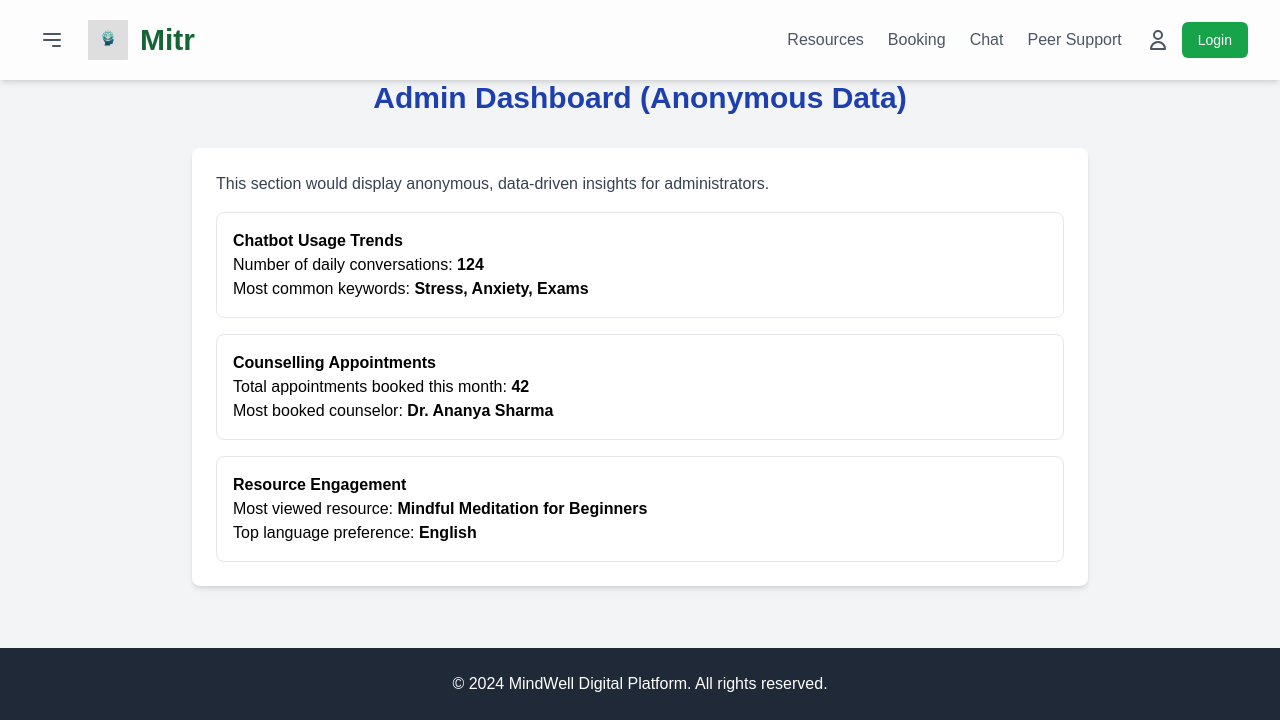
Repository: alokse24b01025/mentalhealth-project-sih-
Page: /admin (app in p1/)
The author's editor kept a copy of each file at every save. The page is drawn from the files as they stood at one save, then again after the next save.
The browser window is 1280 px wide. The pictures show the whole page.
An inner scrolling area shows only its first screen. The project was rebuilt for these pictures with package versions that can differ from the ones it lists, and the page was loaded fresh each time. Also part of the build but not shown: p1/vite.config.js, p1/src/pages/HomePage.jsx, p1/src/components/Chatbot.jsx, p1/src/pages/ChatPage.jsx, p1/src/data/mockResources.js, p1/src/pages/ResourcesPage.jsx, p1/src/data/mockCounselors.js, p1/src/pages/BookingPage.jsx and 3 more.

Above is the page before, as saved 2025-09-10 13:43:52.

After the next save:
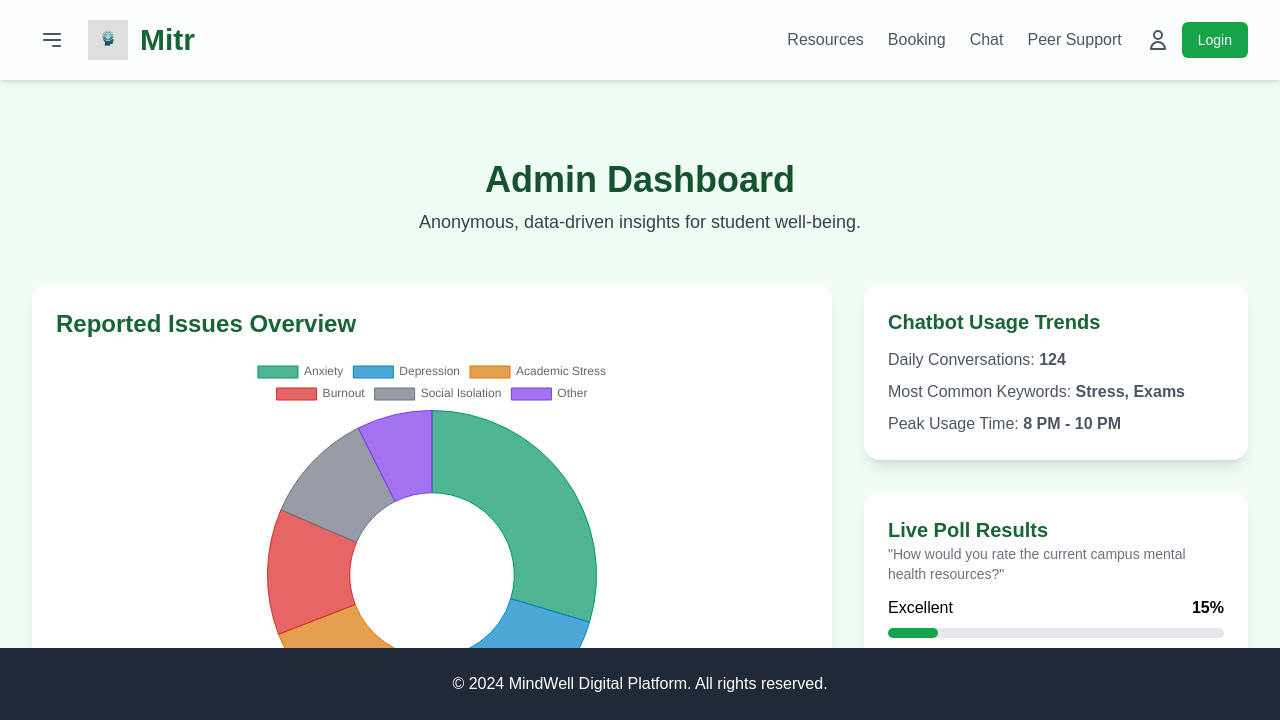
Saved 6 min 26 s later.
--- a/p1/src/pages/AdminDashboard.jsx
+++ b/p1/src/pages/AdminDashboard.jsx
@@ -1,34 +1,91 @@
 import React from 'react';
 import Header from '../components/Header';
 import Footer from '../components/Footer';
+import { Chart as ChartJS, ArcElement, Tooltip, Legend } from 'chart.js';
+import { Doughnut } from 'react-chartjs-2';
+
+// Register the necessary components for Chart.js
+ChartJS.register(ArcElement, Tooltip, Legend);
+
+// Mock data for the doughnut chart
+const chartData = {
+  labels: ['Anxiety', 'Depression', 'Academic Stress', 'Burnout', 'Social Isolation', 'Other'],
+  datasets: [
+    {
+      label: '# of Students Reported',
+      data: [120, 85, 75, 50, 45, 30],
+      backgroundColor: [
+        'rgba(5, 150, 105, 0.7)',
+        'rgba(2, 132, 199, 0.7)',
+        'rgba(217, 119, 6, 0.7)',
+        'rgba(220, 38, 38, 0.7)',
+        'rgba(107, 114, 128, 0.7)',
+        'rgba(124, 58, 237, 0.7)',
+      ],
+      borderColor: [
+        'rgba(5, 150, 105, 1)',
+        'rgba(2, 132, 199, 1)',
+        'rgba(217, 119, 6, 1)',
+        'rgba(220, 38, 38, 1)',
+        'rgba(107, 114, 128, 1)',
+        'rgba(124, 58, 237, 1)',
+      ],
+      borderWidth: 1,
+    },
+  ],
+};
 
 const AdminDashboard = () => {
   return (
-    <div className="min-h-screen flex flex-col">
+    <div className="h-screen flex flex-col bg-green-50">
       <Header />
-      <main className="flex-1 p-8 bg-gray-100 pt-20">
-        <h2 className="text-3xl font-bold text-center text-blue-800 mb-8">Admin Dashboard (Anonymous Data)</h2>
-        <div className="max-w-4xl mx-auto bg-white p-6 rounded-lg shadow-md">
-          <p className="text-gray-700">This section would display anonymous, data-driven insights for administrators.</p>
-          <div className="mt-4 space-y-4">
-            <div className="border p-4 rounded-lg">
-                <h4 className="font-bold">Chatbot Usage Trends</h4>
-                <p>Number of daily conversations: <strong>124</strong></p>
-                <p>Most common keywords: <strong>Stress, Anxiety, Exams</strong></p>
+
+      <main className="flex-1 overflow-y-auto p-8 pt-40">
+
+        <div className="text-center mb-12">
+          <h2 className="text-4xl font-bold text-green-900">Admin Dashboard</h2>
+          <p className="mt-2 text-lg text-gray-700">Anonymous, data-driven insights for student well-being.</p>
+        </div>
+
+        <div className="max-w-7xl mx-auto grid grid-cols-1 lg:grid-cols-3 gap-8">
+
+          {/* Left Column: Chart */}
+          <div className="lg:col-span-2 bg-white p-6 rounded-2xl shadow-lg">
+            <h3 className="text-2xl font-bold text-green-800 mb-4">Reported Issues Overview</h3>
+            <div className="h-96 flex justify-center items-center">
+              <Doughnut data={chartData} />
             </div>
-            <div className="border p-4 rounded-lg">
-                <h4 className="font-bold">Counselling Appointments</h4>
-                <p>Total appointments booked this month: <strong>42</strong></p>
-                <p>Most booked counselor: <strong>Dr. Ananya Sharma</strong></p>
+          </div>
+
+          {/* Right Column: Key Metrics & Polls */}
+          <div className="space-y-8">
+            <div className="bg-white p-6 rounded-2xl shadow-lg">
+              <h4 className="font-bold text-xl text-green-800">Chatbot Usage Trends</h4>
+              <ul className="mt-3 text-gray-600 space-y-2">
+                <li>Daily Conversations: <strong>124</strong></li>
+                <li>Most Common Keywords: <strong>Stress, Exams</strong></li>
+                <li>Peak Usage Time: <strong>8 PM - 10 PM</strong></li>
+              </ul>
             </div>
-            <div className="border p-4 rounded-lg">
-                <h4 className="font-bold">Resource Engagement</h4>
-                <p>Most viewed resource: <strong>Mindful Meditation for Beginners</strong></p>
-                <p>Top language preference: <strong>English</strong></p>
+
+            <div className="bg-white p-6 rounded-2xl shadow-lg">
+              <h4 className="font-bold text-xl text-green-800">Live Poll Results</h4>
+              <p className="text-sm text-gray-500 mb-3">"How would you rate the current campus mental health resources?"</p>
+              <div className="space-y-2">
+                 <div className="flex justify-between items-center"><span>Excellent</span> <strong>15%</strong></div>
+                 <div className="w-full bg-gray-200 rounded-full h-2.5"><div className="bg-green-600 h-2.5 rounded-full" style={{width: '15%'}}></div></div>
+
+                 <div className="flex justify-between items-center pt-2"><span>Good</span> <strong>35%</strong></div>
+                 <div className="w-full bg-gray-200 rounded-full h-2.5"><div className="bg-sky-500 h-2.5 rounded-full" style={{width: '35%'}}></div></div>
+
+                 <div className="flex justify-between items-center pt-2"><span>Needs Improvement</span> <strong>50%</strong></div>
+                 <div className="w-full bg-gray-200 rounded-full h-2.5"><div className="bg-amber-500 h-2.5 rounded-full" style={{width: '50%'}}></div></div>
+              </div>
             </div>
           </div>
         </div>
       </main>
+
       <Footer />
     </div>
   );

After the save that followed:
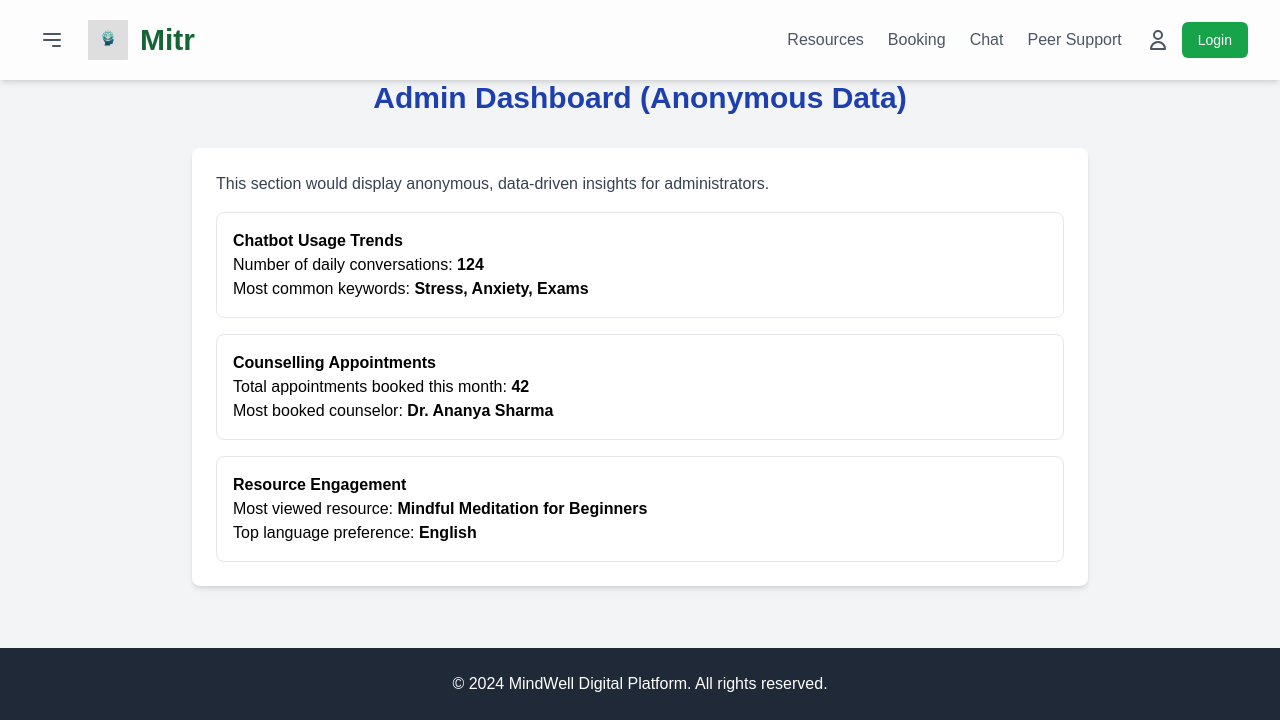
Saved 2 min 15 s later.
--- a/p1/src/pages/AdminDashboard.jsx
+++ b/p1/src/pages/AdminDashboard.jsx
@@ -1,91 +1,34 @@
 import React from 'react';
 import Header from '../components/Header';
 import Footer from '../components/Footer';
-import { Chart as ChartJS, ArcElement, Tooltip, Legend } from 'chart.js';
-import { Doughnut } from 'react-chartjs-2';
-
-// Register the necessary components for Chart.js
-ChartJS.register(ArcElement, Tooltip, Legend);
-
-// Mock data for the doughnut chart
-const chartData = {
-  labels: ['Anxiety', 'Depression', 'Academic Stress', 'Burnout', 'Social Isolation', 'Other'],
-  datasets: [
-    {
-      label: '# of Students Reported',
-      data: [120, 85, 75, 50, 45, 30],
-      backgroundColor: [
-        'rgba(5, 150, 105, 0.7)',
-        'rgba(2, 132, 199, 0.7)',
-        'rgba(217, 119, 6, 0.7)',
-        'rgba(220, 38, 38, 0.7)',
-        'rgba(107, 114, 128, 0.7)',
-        'rgba(124, 58, 237, 0.7)',
-      ],
-      borderColor: [
-        'rgba(5, 150, 105, 1)',
-        'rgba(2, 132, 199, 1)',
-        'rgba(217, 119, 6, 1)',
-        'rgba(220, 38, 38, 1)',
-        'rgba(107, 114, 128, 1)',
-        'rgba(124, 58, 237, 1)',
-      ],
-      borderWidth: 1,
-    },
-  ],
-};
 
 const AdminDashboard = () => {
   return (
-    <div className="h-screen flex flex-col bg-green-50">
+    <div className="min-h-screen flex flex-col">
       <Header />
-
-      <main className="flex-1 overflow-y-auto p-8 pt-40">
-
-        <div className="text-center mb-12">
-          <h2 className="text-4xl font-bold text-green-900">Admin Dashboard</h2>
-          <p className="mt-2 text-lg text-gray-700">Anonymous, data-driven insights for student well-being.</p>
-        </div>
-
-        <div className="max-w-7xl mx-auto grid grid-cols-1 lg:grid-cols-3 gap-8">
-
-          {/* Left Column: Chart */}
-          <div className="lg:col-span-2 bg-white p-6 rounded-2xl shadow-lg">
-            <h3 className="text-2xl font-bold text-green-800 mb-4">Reported Issues Overview</h3>
-            <div className="h-96 flex justify-center items-center">
-              <Doughnut data={chartData} />
+      <main className="flex-1 p-8 bg-gray-100 pt-20">
+        <h2 className="text-3xl font-bold text-center text-blue-800 mb-8">Admin Dashboard (Anonymous Data)</h2>
+        <div className="max-w-4xl mx-auto bg-white p-6 rounded-lg shadow-md">
+          <p className="text-gray-700">This section would display anonymous, data-driven insights for administrators.</p>
+          <div className="mt-4 space-y-4">
+            <div className="border p-4 rounded-lg">
+                <h4 className="font-bold">Chatbot Usage Trends</h4>
+                <p>Number of daily conversations: <strong>124</strong></p>
+                <p>Most common keywords: <strong>Stress, Anxiety, Exams</strong></p>
             </div>
-          </div>
-
-          {/* Right Column: Key Metrics & Polls */}
-          <div className="space-y-8">
-            <div className="bg-white p-6 rounded-2xl shadow-lg">
-              <h4 className="font-bold text-xl text-green-800">Chatbot Usage Trends</h4>
-              <ul className="mt-3 text-gray-600 space-y-2">
-                <li>Daily Conversations: <strong>124</strong></li>
-                <li>Most Common Keywords: <strong>Stress, Exams</strong></li>
-                <li>Peak Usage Time: <strong>8 PM - 10 PM</strong></li>
-              </ul>
+            <div className="border p-4 rounded-lg">
+                <h4 className="font-bold">Counselling Appointments</h4>
+                <p>Total appointments booked this month: <strong>42</strong></p>
+                <p>Most booked counselor: <strong>Dr. Ananya Sharma</strong></p>
             </div>
-
-            <div className="bg-white p-6 rounded-2xl shadow-lg">
-              <h4 className="font-bold text-xl text-green-800">Live Poll Results</h4>
-              <p className="text-sm text-gray-500 mb-3">"How would you rate the current campus mental health resources?"</p>
-              <div className="space-y-2">
-                 <div className="flex justify-between items-center"><span>Excellent</span> <strong>15%</strong></div>
-                 <div className="w-full bg-gray-200 rounded-full h-2.5"><div className="bg-green-600 h-2.5 rounded-full" style={{width: '15%'}}></div></div>
-
-                 <div className="flex justify-between items-center pt-2"><span>Good</span> <strong>35%</strong></div>
-                 <div className="w-full bg-gray-200 rounded-full h-2.5"><div className="bg-sky-500 h-2.5 rounded-full" style={{width: '35%'}}></div></div>
-
-                 <div className="flex justify-between items-center pt-2"><span>Needs Improvement</span> <strong>50%</strong></div>
-                 <div className="w-full bg-gray-200 rounded-full h-2.5"><div className="bg-amber-500 h-2.5 rounded-full" style={{width: '50%'}}></div></div>
-              </div>
+            <div className="border p-4 rounded-lg">
+                <h4 className="font-bold">Resource Engagement</h4>
+                <p>Most viewed resource: <strong>Mindful Meditation for Beginners</strong></p>
+                <p>Top language preference: <strong>English</strong></p>
             </div>
           </div>
         </div>
       </main>
-
       <Footer />
     </div>
   );
